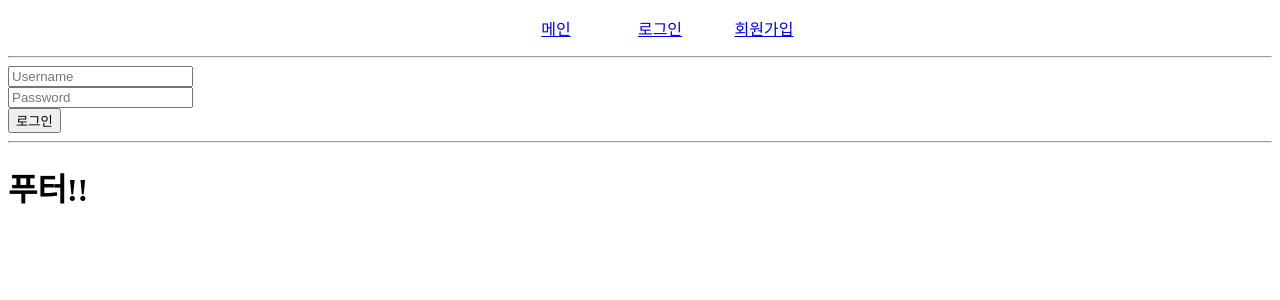
Repository: jaecheol0330/jsp-work
Page: http://localhost/cos/login.jsp
An editor plug-in stored every save of this project. The page is shown before and after the next save, followed by the edit.
The browser window is 1280 px wide. The pictures show the whole page.
The page is served by Tomcat 9. Other server files are loaded and not shown.

Above is the page before, as saved 2020-08-22 06:30:51.

### cos/WebContent/login.jsp
<%@ page language="java" contentType="text/html; charset=UTF-8"
    pageEncoding="UTF-8"%>
<%@ include file="layout/header.jsp" %>

<!-- 로그인은 Read하는 것인데 보안을 위해 POST로 전송한다. -->
<form action="loginProc.jsp" method="POST">
	<input type ="text"name="username"placeholder="Username"/><br/>
	<input type ="password"name="password"placeholder="Password"/><br/>
	<button>로그인</button>
</form>
<%@ include file="layout/footer.jsp" %>

### cos/WebContent/layout/header.jsp
<%@ page language="java" contentType="text/html; charset=UTF-8"
    pageEncoding="UTF-8"%>
<!DOCTYPE html>
<html>
<head>
<meta charset="UTF-8">
<title>메인페이지</title>
<style>
	ul{
		text-align: center;
	}
	li {
		display: inline-block;
		width: 100px;
	}
</style>
</head>
<body>
<ul>
	<li><a href="main.jsp">메인</a></li>
	<li><a href="login.jsp">로그인</a></li>
	<li><a href="join.jsp">회원가입</a></li>
</ul>
<hr/>

### cos/WebContent/layout/footer.jsp
<%@ page language="java" contentType="text/html; charset=UTF-8"
    pageEncoding="UTF-8"%>

<hr/>
<h1> 푸터!! </h1>
</body>
</html>

After the next save:
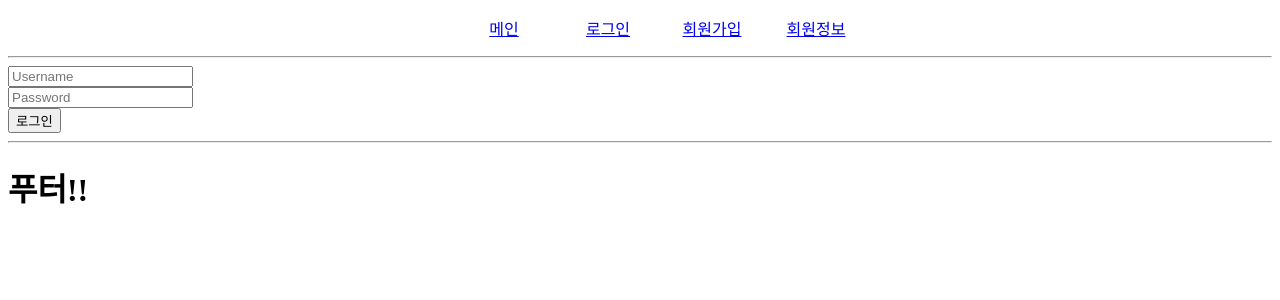
Saved 14 min 17 s later.
--- a/cos/WebContent/layout/header.jsp
+++ b/cos/WebContent/layout/header.jsp
@@ -20,5 +20,6 @@
 	<li><a href="main.jsp">메인</a></li>
 	<li><a href="login.jsp">로그인</a></li>
 	<li><a href="join.jsp">회원가입</a></li>
+	<li><a href="info.jsp">회원정보</a></li>
 </ul>
 <hr/>
